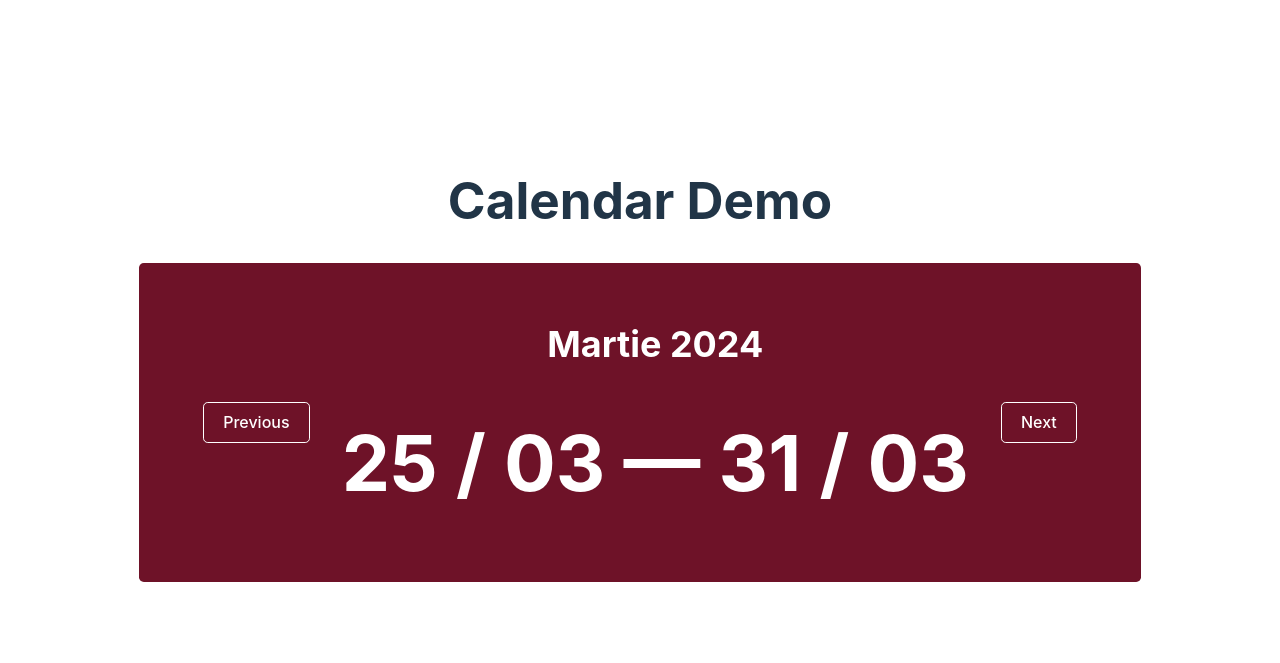
Repository: Maryie-B/weekly-calendar-scheduler
Page: /
The author's editor kept a copy of each file at every save. The page is drawn from the files as they stood at one save, then again after the next save.
The browser window is 1280 px wide. The pictures show the whole page.
The project was rebuilt for these pictures with package versions that can differ from the ones it lists, and the page was loaded fresh each time. Also part of the build but not shown: vite.config.js.

Above is the page before, as saved 2024-03-26 12:15:36.

### src/App.jsx
import './App.css'
import Calendar from './Calendar'

function App() {

  return (
    <>
      <h1>Calendar Demo</h1>
      <div className='calendar-wrapper'>
        <button className='calendar-button'>Previous</button>
        <Calendar />
        <button className='calendar-button'>Next</button>
      </div>
    </>
  )
}

export default App

### src/App.css
#root {
  max-width: 1280px;
  margin: 0 auto;
  padding: 2rem;
  text-align: center;
}

.calendar-wrapper {
  display: flex;
  justify-content: center;
  align-items: center;
  background-color: rgb(110, 18, 40);
  color: white;
  padding: 1.5rem 3rem;
  border-radius: 0.3rem;
}


.calendar-button {
  background-color: rgba(0, 0, 0, 0);
  border-color: white;
  border-radius: 0.3rem;
  color: white;
  font-size: 1rem;
  margin: 1rem;
}

.calendar-text {
  font-size: 1.5rem;
  padding: 0rem 1rem;
}

### src/Calendar.jsx


const Calendar = () => {
  const now = new Date();

  const currentDay = now.getDay();
  const untilMonday = currentDay === 0 ? 6 : currentDay - 1;
  const weekStart = new Date(now);
  weekStart.setDate(now.getDate() - untilMonday);

  const weekEnd = new Date(weekStart);
  weekEnd.setDate(weekStart.getDate() + 6);

  const monthsNames = ['Ianuarie', 'Februarie', 'Martie', 'Aprilie',
                        'Mai', 'Iunie', 'Iulie', 'August', 'Septembrie', 'Octombrie', 'Noiembrie', 'Decembrie'];

  const monthName = monthsNames[weekStart.getMonth()];
  let weekStartMonthNumber = weekStart.getMonth() + 1;
  let weekEndMonthNumber = weekEnd.getMonth() + 1;

  weekStartMonthNumber = weekStartMonthNumber < 10 ? `0${weekStartMonthNumber}` : weekStartMonthNumber;
  weekEndMonthNumber = weekEndMonthNumber < 10 ? `0${weekEndMonthNumber}` : weekEndMonthNumber;

  const datesRange = `${weekStart.getDate()} / ${weekStartMonthNumber} — ${weekEnd.getDate()} / ${weekEndMonthNumber}`;

  const year = weekStart.getFullYear();

  return (
    <div className="calendar-text">
      <h2>{monthName} {year}</h2>
      <h1>{datesRange}</h1>
    </div>
  )
}

export default Calendar

Loaded but not shown: index.html (common file); src/main.jsx (common file); src/index.css (common file)

After the next save:
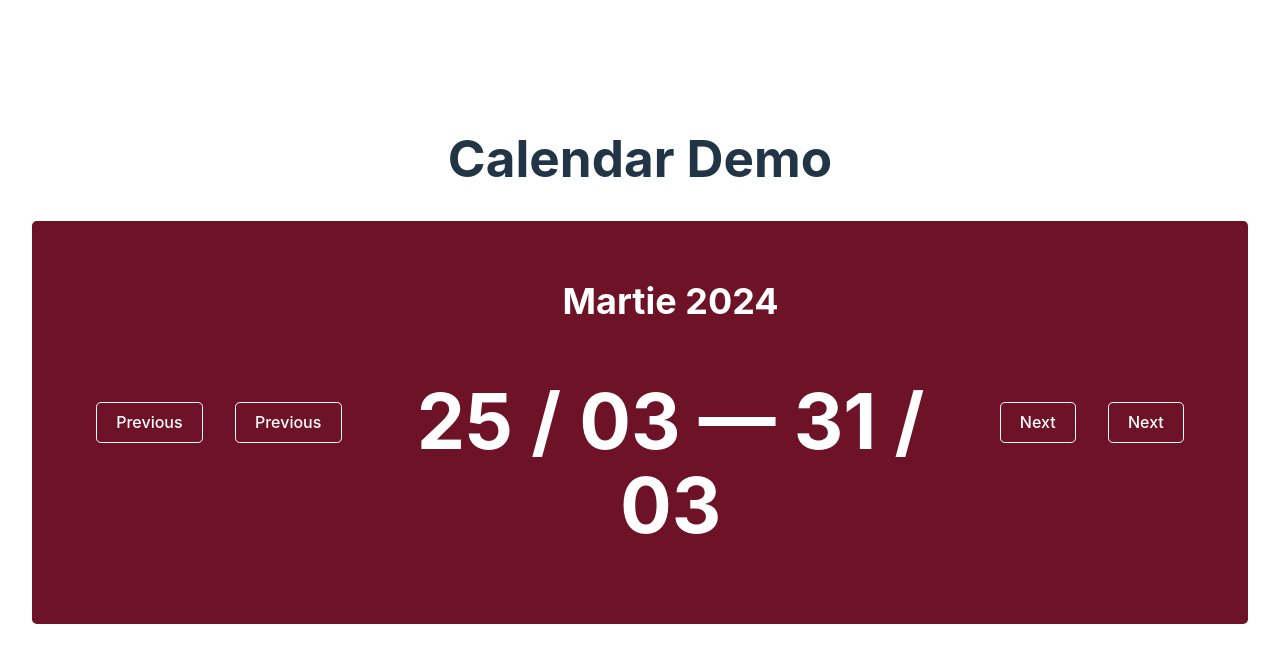
Saved 52 min 39 s later.
--- a/src/Calendar.jsx
+++ b/src/Calendar.jsx
@@ -26,10 +26,14 @@ const Calendar = () => {
   const year = weekStart.getFullYear();
 
   return (
-    <div className="calendar-text">
-      <h2>{monthName} {year}</h2>
-      <h1>{datesRange}</h1>
-    </div>
+    <>
+        <button className='calendar-button'>Previous</button>
+        <div className="calendar-text">
+        <h2>{monthName} {year}</h2>
+        <h1>{datesRange}</h1>
+        </div>
+        <button className='calendar-button'>Next</button>
+    </>
   )
 }
 

After the save that followed:
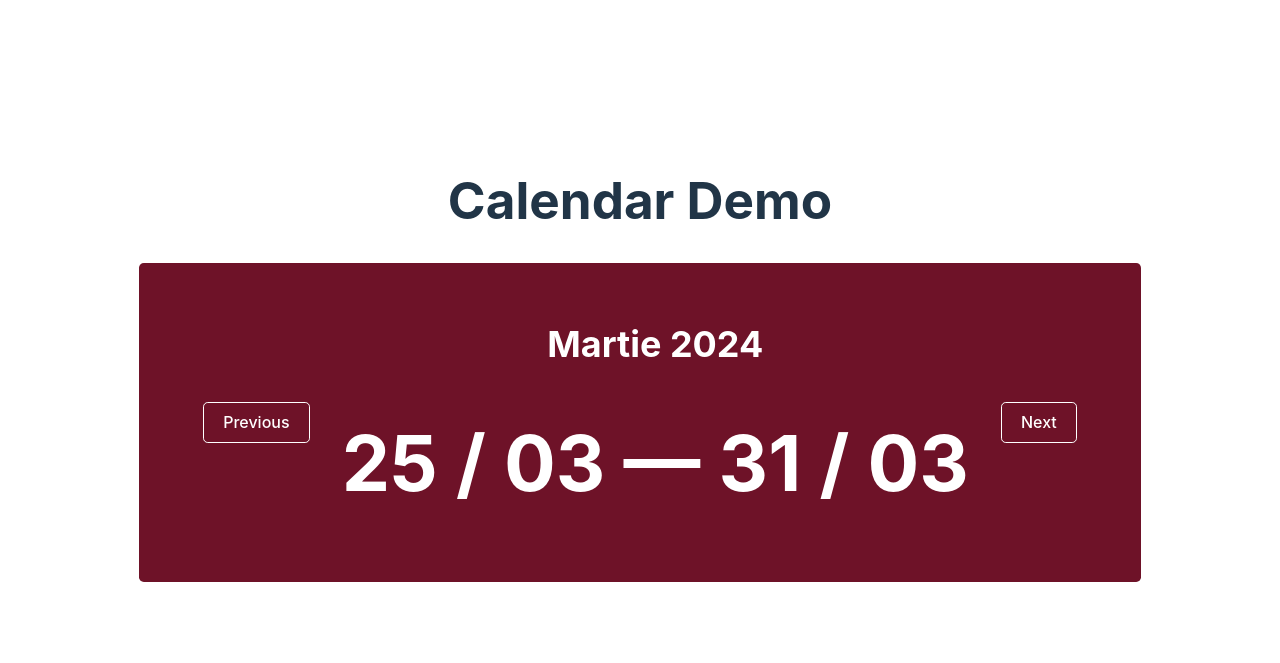
Saved 13 s later.
--- a/src/App.jsx
+++ b/src/App.jsx
@@ -7,9 +7,9 @@ function App() {
     <>
       <h1>Calendar Demo</h1>
       <div className='calendar-wrapper'>
-        <button className='calendar-button'>Previous</button>
+
         <Calendar />
-        <button className='calendar-button'>Next</button>
+
       </div>
     </>
   )
